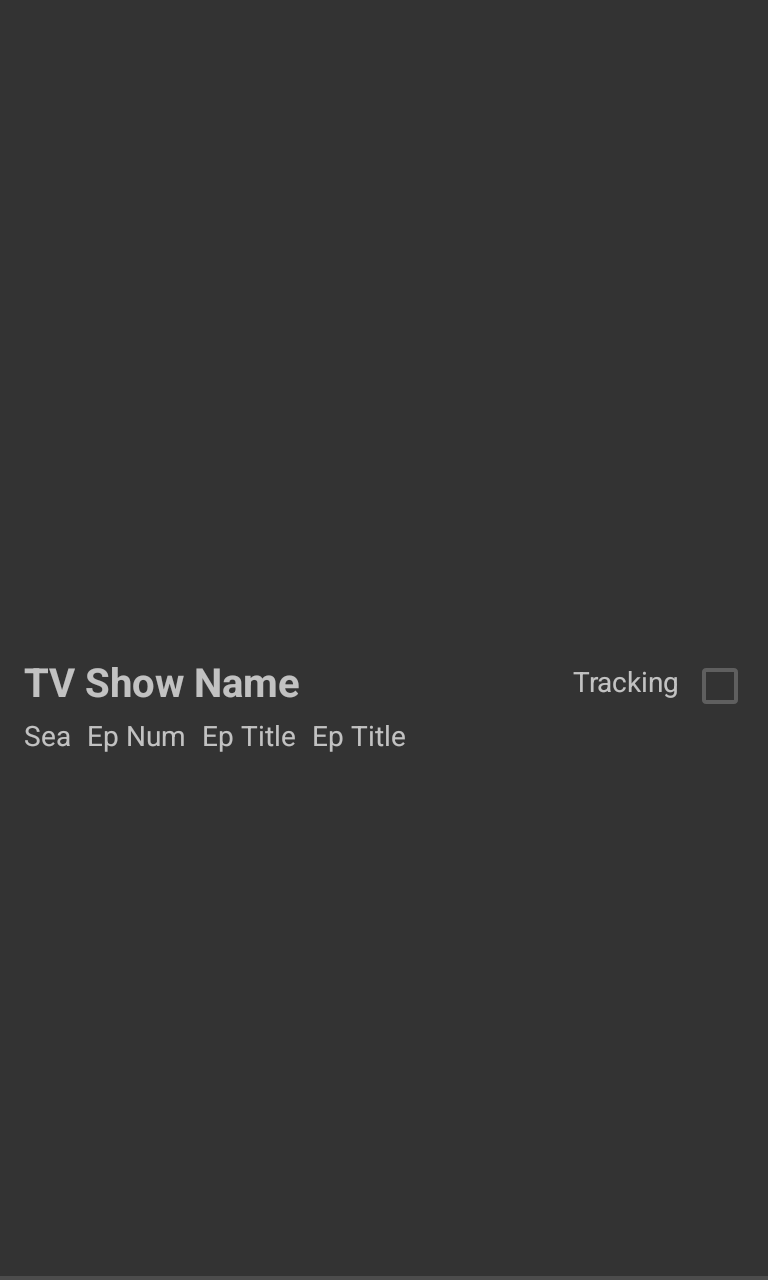
Repository: Jeedan/learning-android-apps
Layout: TvShowTracker/res/layout/list_item_tvshow.xml
These files come from the project's save history. The layout is drawn as it stood at one moment and after the next save; the edit follows.
It is drawn on a 768 x 1280 px phone screen (xhdpi) without system bars, with theme AppTheme; the app's code is not run. The app's manifest (not shown) leaves right-to-left support off. So textAlignment, textDirection and layoutDirection are ignored, and left and right values win over start and end ones.

Above is the layout before, as saved 2014-11-01 10:59:57.

After the next save:
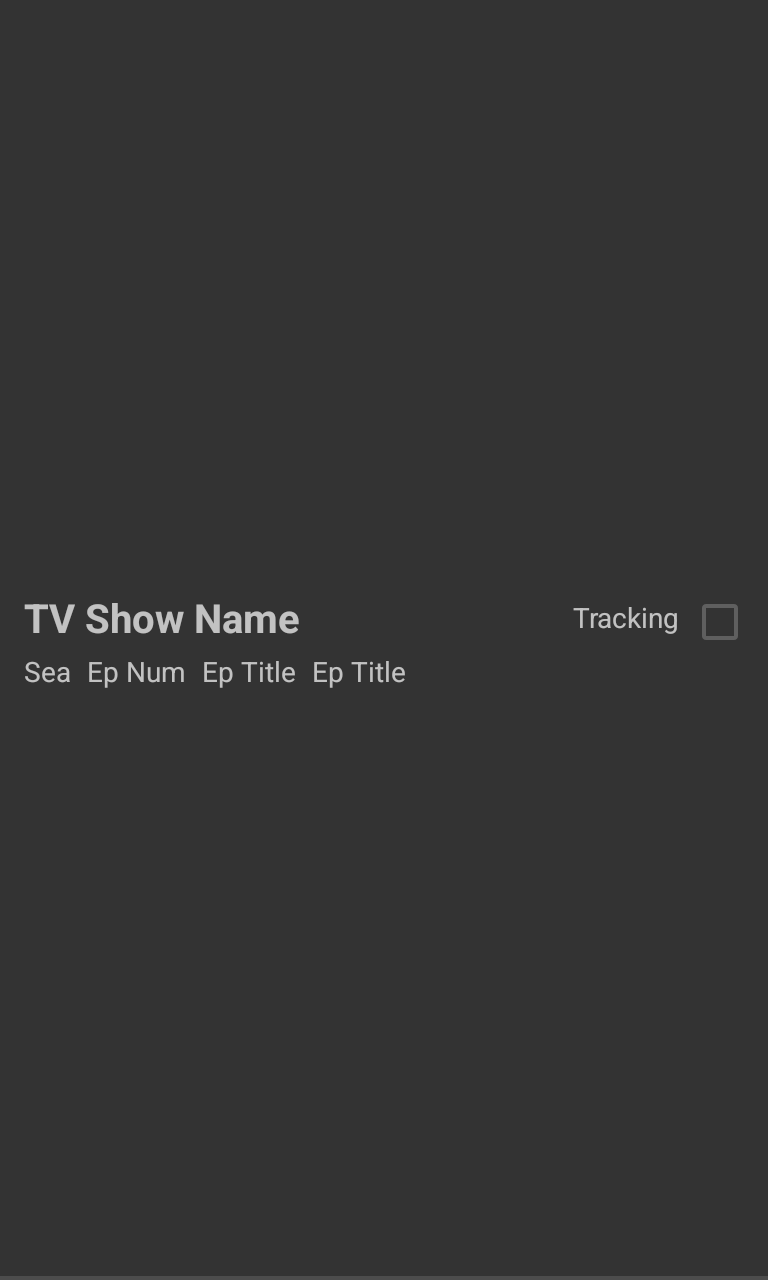
Saved 14 s later.
--- a/TvShowTracker/res/layout/list_item_tvshow.xml
+++ b/TvShowTracker/res/layout/list_item_tvshow.xml
@@ -2,8 +2,6 @@
 <RelativeLayout xmlns:android="http://schemas.android.com/apk/res/android"
     android:layout_width="match_parent"
     android:layout_height="wrap_content"
-
-    android:paddingTop="64dp"
     style="?android:listSeparatorTextViewStyle" >
 
     <TextView
